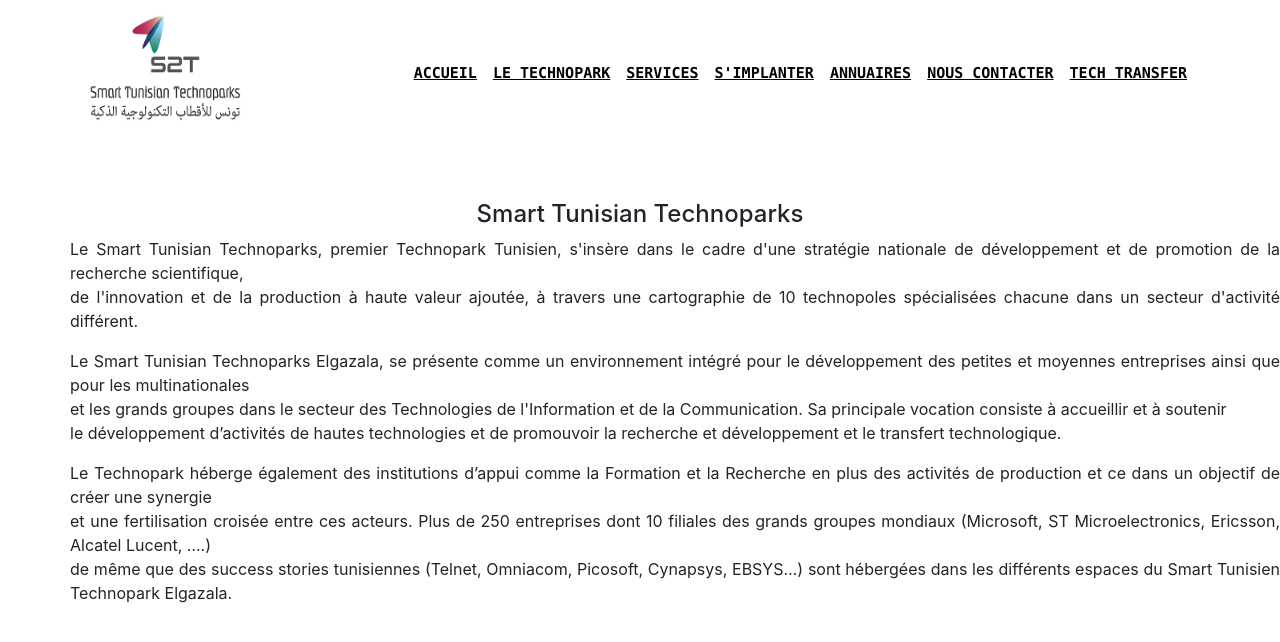
Repository: Zakraouihadil1/stage-perfectionnement-
Page: presentation.html
These files come from the project's save history. The page is drawn as it stood at one moment and after the next save; the edit follows.
The browser window is 1280 px wide. The pictures show the whole page.

Above is the page before, as saved 2021-08-17 19:41:24.

### presentation.html
<html>
    <head>
        <title></title>
        <meta charset="utf-8">
        <link rel="stylesheet" href="https://maxcdn.bootstrapcdn.com/bootstrap/4.5.2/css/bootstrap.min.css">
    <script src="https://ajax.googleapis.com/ajax/libs/jquery/3.5.1/jquery.min.js"></script>
    <script src="https://cdnjs.cloudflare.com/ajax/libs/popper.js/1.16.0/umd/popper.min.js"></script>
    <script src="https://maxcdn.bootstrapcdn.com/bootstrap/4.5.2/js/bootstrap.min.js"></script>
    </head>
    <style>



  #mainNav{
    background-color: white;
  }
  li a {
    color: black ;
    font-family: "Lucida Console", "Courier New";
    font-size: 15px ;
    text-align: left ;
    float: right;
    margin-top: 10px;
    text-decoration: underline;
    font-weight: bolder;

      }

li a:hover {
    color: blue;

  }




  .dropdown-content {
  display: none;
  position: absolute;
  background-color: #f9f9f9;
  min-width: 160px;
  box-shadow: 0px 8px 16px 0px rgba(0,0,0,0.2);
  z-index: 1;
}

.dropdown-content a {
  float: none;
  color: black;
  padding: 12px 16px;
  text-decoration: none;
  display: block;
  text-align: left;
}

.dropdown-content a:hover {
  background-color: #ddd;
}

.dropdown:hover .dropdown-content {
  display: block;
}
    </style>

    <body id="page-top">
         <!-- Navigation-->
  <nav class="navbar navbar-expand-lg  fixed-top" id="mainNav">
    <div class="container">
        <a class="navbar-brand " href="#page-top">
            <img src="images/Logo-S2T png.png" width="160px" height="110px">
        </a>
        <button class="navbar-toggler navbar-toggler-right" type="button" data-toggle="collapse" data-target="#navbarResponsive" aria-controls="navbarResponsive" aria-expanded="false" aria-label="Toggle navigation">
            Menu
            <i class="fas fa-bars ml-1"></i>
        </button>



        <div class="collapse navbar-collapse" id="navbarResponsive">
            <ul class="navbar-nav text-uppercase ml-auto">
              <li class="nav-item"><a class="nav-link js-scroll-trigger" href="./index.html">Accueil</a></li>
              <div class="dropdown">
                <li class="nav-item"><a class="nav-link js-scroll-trigger" href="#about">Le technopark</a></li>
<br>
<br>
                <div class="dropdown-content">
                  <a href="presentation.html">Présentation</a>
                  <a href="#">Actualités</a>
                  <a href="#">Link 3</a>
                </div>
              </div>
                 <li class="nav-item"><a class="nav-link js-scroll-trigger" href="#services">Services</a></li>
                 <li class="nav-item"><a class="nav-link js-scroll-trigger" href="#team">S'implanter</a></li>
                 <li class="nav-item"><a class="nav-link js-scroll-trigger" href="#team">Annuaires</a></li>
                 <li class="nav-item"><a class="nav-link js-scroll-trigger" href="#contact">Nous Contacter</a></li>
                 <li class="nav-item"><a class="nav-link js-scroll-trigger" href="#contact">Tech Transfer</a></li>

            </ul>
        </div>
    </div>
</nav>

<div style="margin-top: 200px; text-align:  justify;">
    <h4 style="text-align: center;">Smart Tunisian Technoparks</h4>
    <div style="margin-left: 70px ;">
    <p>Le Smart Tunisian Technoparks, premier Technopark Tunisien, s'insère dans le cadre d'une stratégie nationale de développement et de promotion de la recherche scientifique, <br>
     de l'innovation et de la production à haute valeur ajoutée, à travers une cartographie de 10 technopoles spécialisées chacune dans un secteur d'activité différent.</p>

      <p>Le Smart Tunisian Technoparks Elgazala, se présente comme un environnement intégré pour le développement des petites et moyennes entreprises ainsi que pour les multinationales <br>
         et les grands groupes dans le secteur des Technologies de l'Information et de la Communication. Sa principale vocation consiste à accueillir et à soutenir  <br>
         le développement d’activités de hautes technologies et de promouvoir la recherche et développement et le transfert technologique.</p>

      <p> Le Technopark héberge également des institutions d’appui comme la Formation et la Recherche en plus des activités de production et ce dans un objectif de créer une synergie <br>
          et une fertilisation croisée entre ces acteurs. Plus de 250 entreprises dont 10 filiales des grands groupes mondiaux (Microsoft, ST Microelectronics, Ericsson, Alcatel Lucent, ….) <br>
          de même que des success stories tunisiennes (Telnet, Omniacom, Picosoft, Cynapsys, EBSYS…) sont hébergées dans les différents espaces du Smart Tunisien Technopark Elgazala.</p>
</div>
</div>





    </body>
</html>

After the next save:
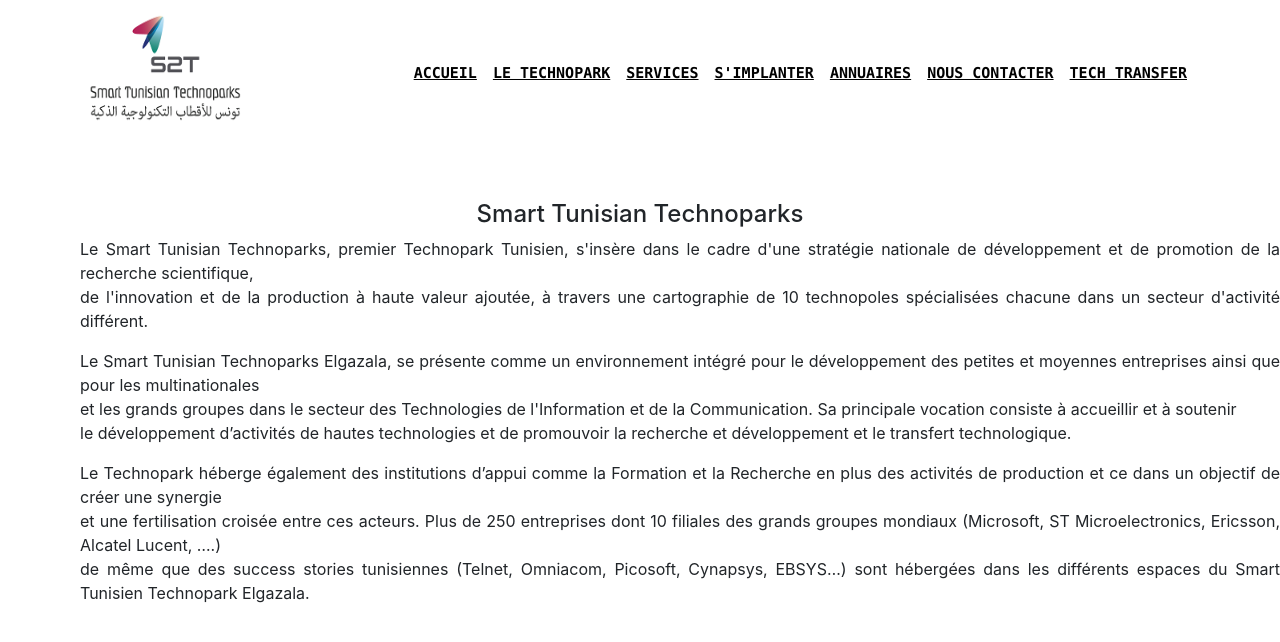
Saved 10 s later.
--- a/presentation.html
+++ b/presentation.html
@@ -101,7 +101,7 @@
 
 <div style="margin-top: 200px; text-align:  justify;">
     <h4 style="text-align: center;">Smart Tunisian Technoparks</h4>
-    <div style="margin-left: 70px ;">
+    <div style="margin-left: 80px ;">
     <p>Le Smart Tunisian Technoparks, premier Technopark Tunisien, s'insère dans le cadre d'une stratégie nationale de développement et de promotion de la recherche scientifique, <br>
      de l'innovation et de la production à haute valeur ajoutée, à travers une cartographie de 10 technopoles spécialisées chacune dans un secteur d'activité différent.</p>
 
